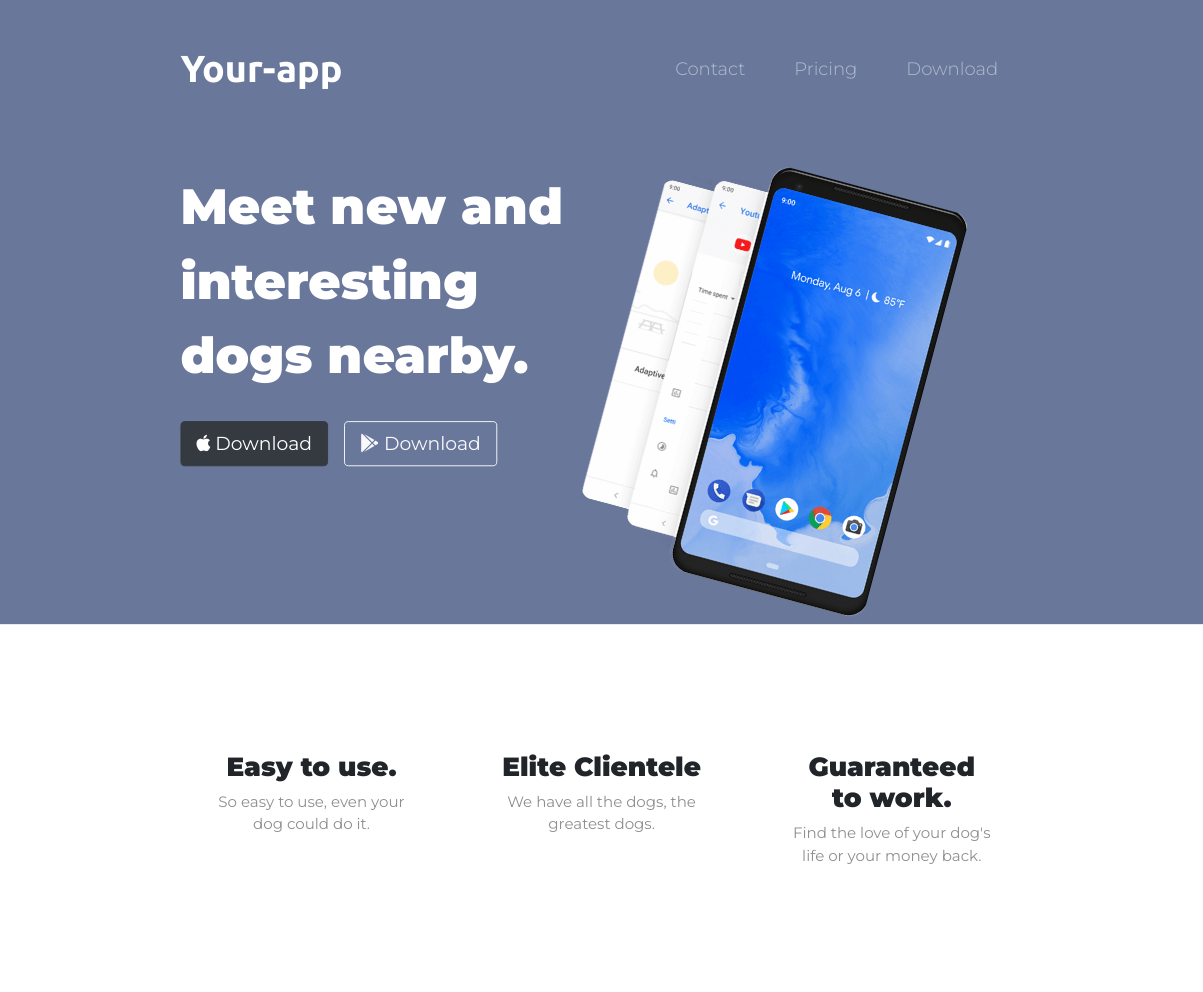
Repository: Isanderr/Simple_landing_page_2-Bootstrap4
Page: index.html
The author's editor kept a copy of each file at every save. The page is drawn from the files as they stood at one save, then again after the next save.
The browser window is 1280 px wide. The pictures show the part of the page from y = 0 to 1055 px (the page is 2538 px tall), at 94% of full size.
A picture or video elsewhere on the page could not be fetched, so the positions and the page height are approximate. Some web libraries are served in a nearby version.

Above is the page before, as saved 2019-02-02 22:53:12.

After the next save:
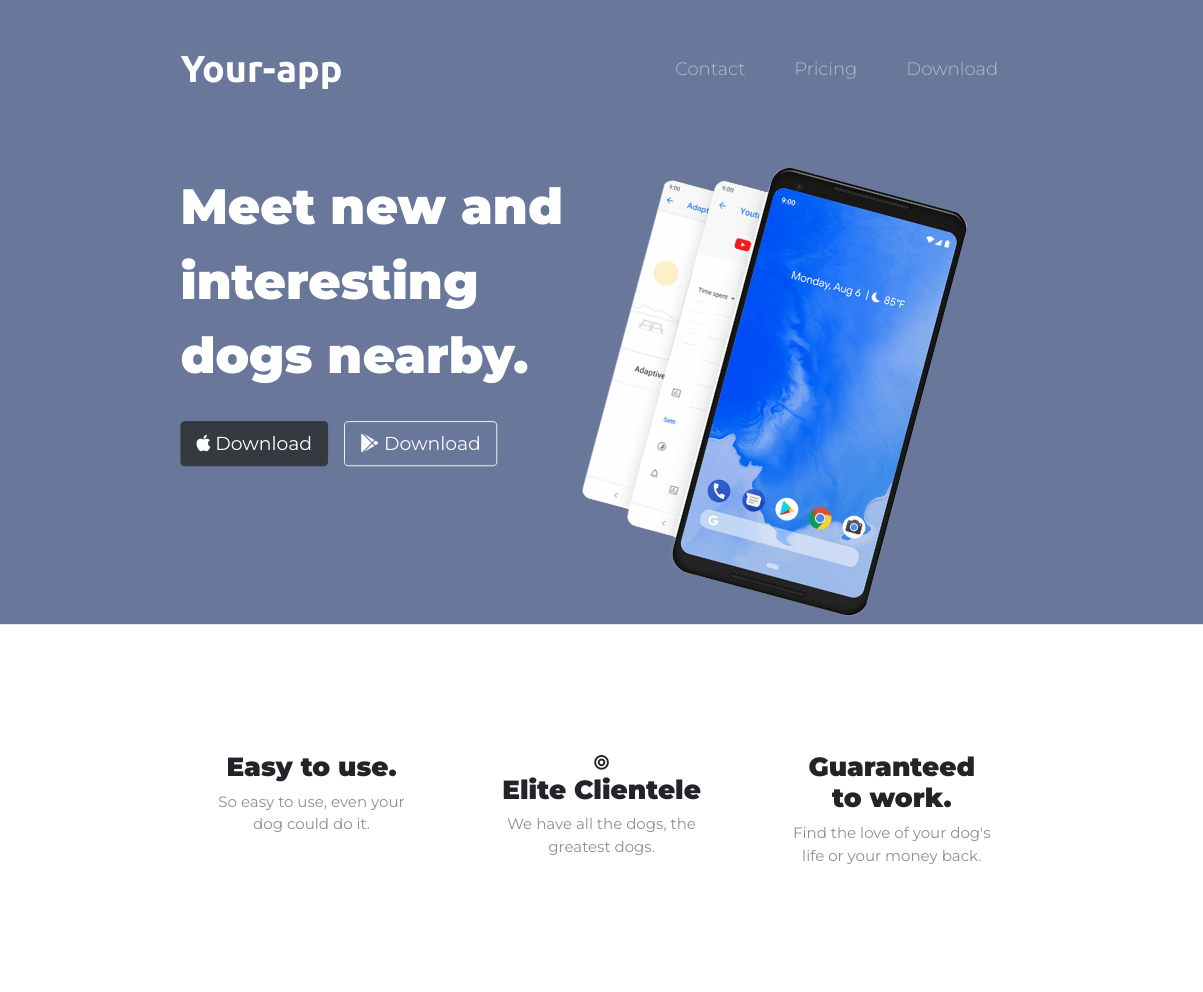
Saved 2 min 11 s later.
--- a/index.html
+++ b/index.html
@@ -58,6 +58,7 @@
           <p>So easy to use, even your dog could do it.</p>
         </div>
         <div class="feature-box col-lg-4">
+          <i class="fas fa-bullseye"></i>
           <h3>Elite Clientele</h3>
           <p>We have all the dogs, the greatest dogs.</p>
         </div>
